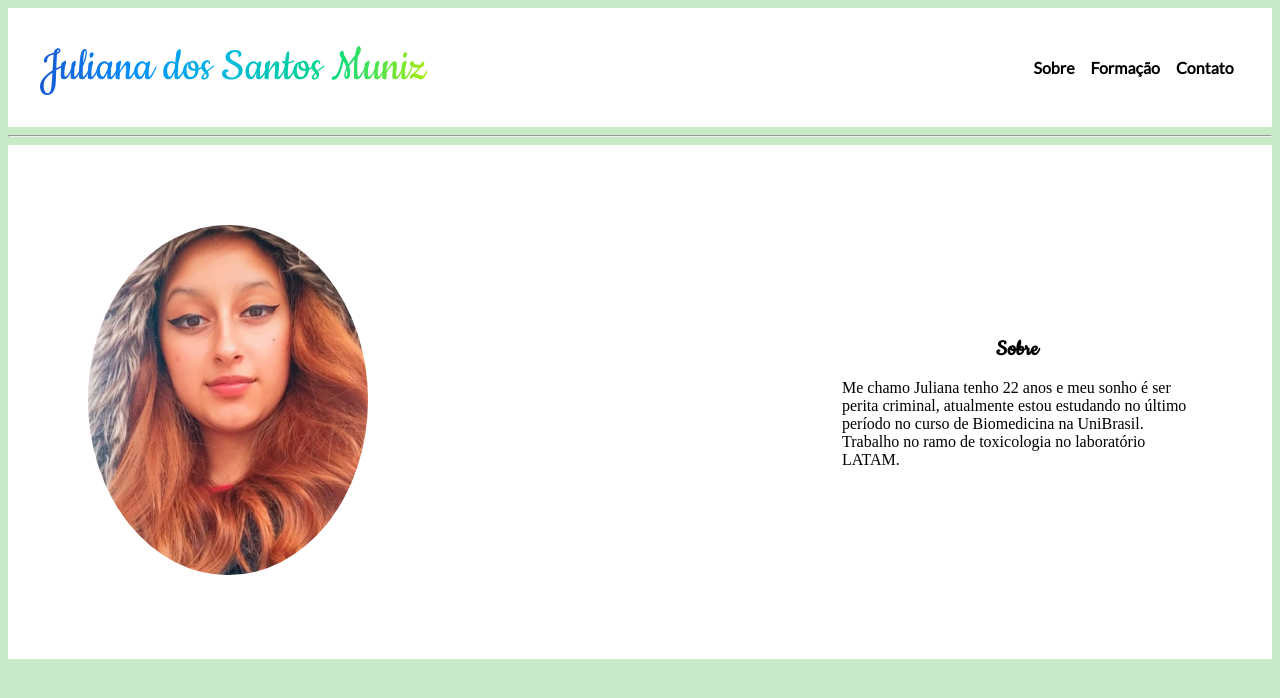
Repository: joaovnogueira/Portfolio-Juliana
Page: index.html
The author's editor kept a copy of each file at every save. The page is drawn from the files as they stood at one save, then again after the next save.
The browser window is 1280 px wide. The pictures show the whole page.

Above is the page before, as saved 2022-06-14 16:14:11.

### index.html
<!DOCTYPE html>
<html lang="en">
<head>
    <link rel="stylesheet" href="styles.css">
    <meta charset="UTF-8">
    <meta http-equiv="X-UA-Compatible" content="IE=edge">
    <meta name="viewport" content="width=device-width, initial-scale=1.0">
    <title>Portfólio Juliana</title>
</head>
<body>
    <header>
        <nav>
            <div class="logo">Juliana dos Santos Muniz</div>
            <div class="menu">
                <a href="">Sobre</a>
                <a href="">Formação</a>
                <a href="">Contato</a>
            </div>
        </nav>
    </header>
    <hr>
    <main>
        <div class="perfil">
            <div class="foto">
                <img src="./assets/foto-perfil.png" alt="Foto de perfil" class="fotoperfil">
            </div>
            <div class="separator"></div>
            <div class="conteudo">
                <h1>Sobre</h1>
                <p>Me chamo Juliana tenho 22 anos e meu sonho é ser perita criminal,
                atualmente estou estudando no último período no curso de Biomedicina na UniBrasil.
                Trabalho no ramo de toxicologia no laboratório LATAM.</p>
            </div>
        </div>
    </main>
    <footer></footer>
</body>
</html>

### styles.css
@import url('https://fonts.googleapis.com/css2?family=Cookie&display=swap');
@import url('https://fonts.googleapis.com/css2?family=Lato&display=swap');

body{
    background-color: #C7EBC8;
}

header {
    background-color: #FFFFFF;
    padding: 2rem;
    align-items: center;
}

nav{
    display: flex;
    justify-content: space-between;
    align-items: center;
}

.logo{
    font-family: 'Cookie', cursive;
    font-size: 50px;
    background-clip: text;
    -webkit-background-clip: text;
    background-image: linear-gradient(to right, #1859d3, #0091fc, #00bbd9, #00da84, #a8eb12);
    color: transparent;
}

.menu{
    font-family: 'Lato', sans-serif;
    font-weight: bold;
}

a{
    text-decoration: none;
    color: black;
    margin: .4rem;
}

hr{
    background-color: #FFFFFF;
}



.perfil {
    background-color: #FFFFFF;
    display: flex;
    padding: 5rem;
    align-items: center;
    justify-content: space-between;

}

.foto{
    align-items: center;
}

.conteudo{
    align-items: center;
    max-width: 350px;
    max-height: 100vh;
    text-align: center;
    vertical-align:middle;

}

h1{
    font-family: 'Cookie', cursive;
    font-weight: bold;
    font-size: 24px;
    vertical-align:middle;
}

p{
    text-align: left;
}

.fotoperfil{
    border-radius: 50%;
    max-width:750px;
    max-height:350px;
    width: auto;
    height: auto;
}

.icon{
    max-width: 40px;
    max-height:40px;
}

After the next save:
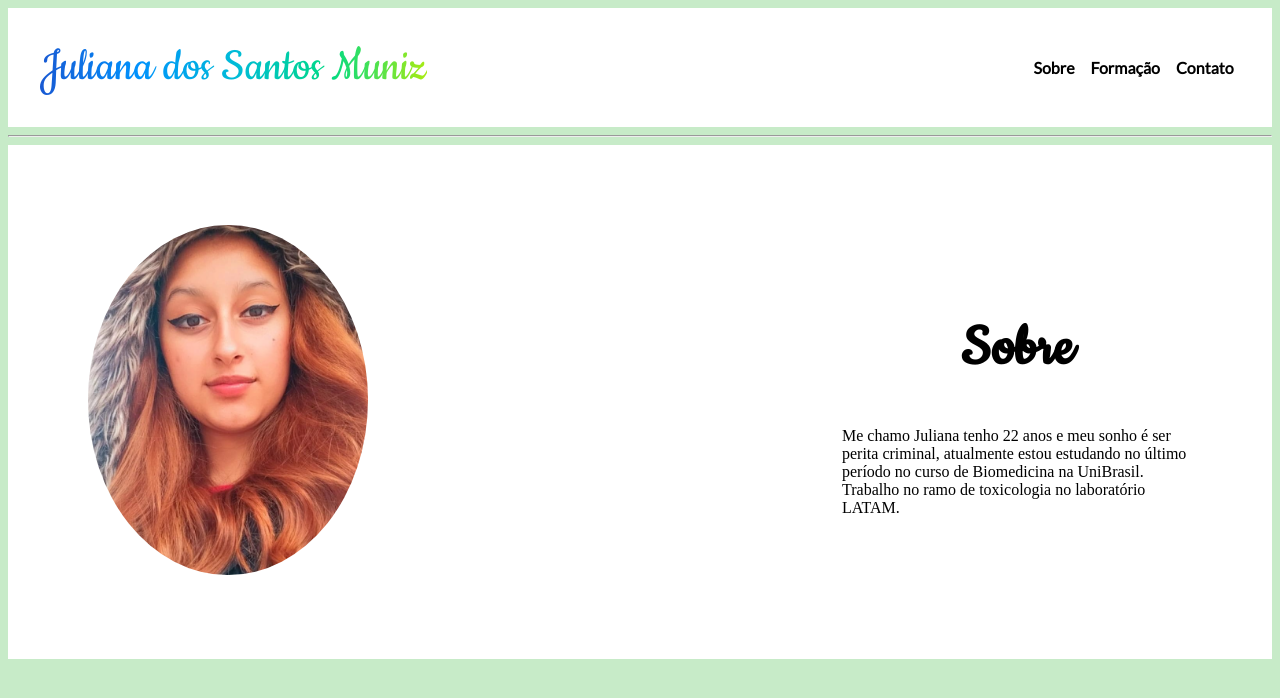
Saved 5 s later.
--- a/styles.css
+++ b/styles.css
@@ -68,7 +68,7 @@ hr{
 h1{
     font-family: 'Cookie', cursive;
     font-weight: bold;
-    font-size: 24px;
+    font-size: 64px;
     vertical-align:middle;
 }
 
